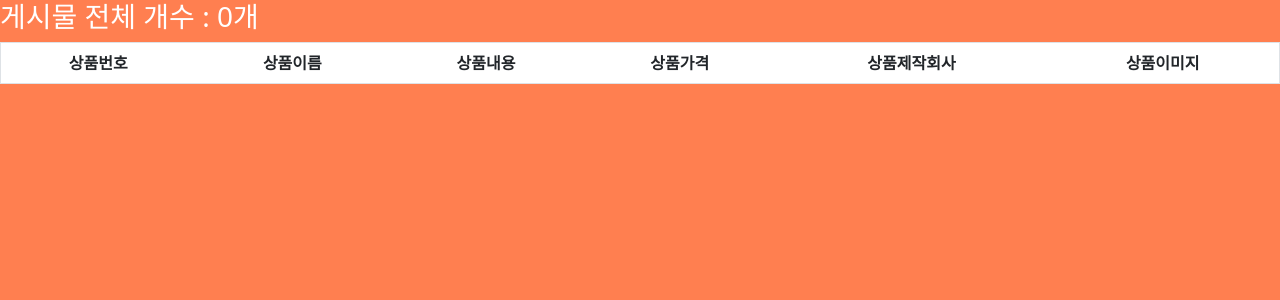
Repository: Hugh-KR/JSP_Project
Page: http://localhost/JSP_Project/product_all.jsp
These files come from the project's save history. The page is drawn as it stood at one moment and after the next save; the edit follows.
The browser window is 1280 px wide. The pictures show the whole page.
The page is served by Tomcat 9. Other server files are loaded and not shown. Queries for data that is not in the repository find no rows.

Above is the page before, as saved 2022-11-08 07:27:23.

### JSP_Project/src/main/webapp/product_all.jsp
<%@page import="db_connect.ProductVO"%>
<%@page import="java.util.ArrayList"%>
<%@page import="db_connect.ProductDAO"%>
<%@ page language="java" contentType="text/html; charset=UTF-8"
	pageEncoding="UTF-8"%>

<%
ProductDAO dao = new ProductDAO();
ArrayList<ProductVO> list = dao.list();
%>
<!DOCTYPE html>
<html>
<head>
<title>Insert title here</title>
<meta charset="UTF-8">
 <meta name="viewport" content="width=device-width, initial-scale=1">
  <link href="https://cdn.jsdelivr.net/npm/bootstrap@5.2.2/dist/css/bootstrap.min.css"
  rel="stylesheet">
  <script src="https://cdn.jsdelivr.net/npm/bootstrap@5.2.2/dist/js/bootstrap.bundle.min.js"></script>

<style type="text/css">
th{background: blue;}
body {background-color: coral;}
table{background-color: white;}
h3{color: white;}
tr{
text-align: center;
}
tr:nth-child(even){
background-color: #f2f2f2
}
</style>
</head>
<body>
	<h3>
		게시물 전체 개수 :
		<%=list.size()%>개
	</h3>

	<table class="table table-hover" border="1">
		<tr>
			<th>상품번호</th>
			<th>상품이름</th>
			<th>상품내용</th>
			<th>상품가격</th>
			<th>상품제작회사</th>
			<th>상품이미지</th>
		</tr>
		<%
		for (ProductVO bag : list) {
		%>
		<tr>
			<td><%=bag.getID()%></td>
			<td><%=bag.getNAME()%></td>
			<td><%=bag.getCONTENT()%></td>
			<td><%=bag.getPRICE()%></td>
			<td><%=bag.getCOMPANY()%></td>
			<td><img src="img/<%=bag.getIMG()%>" width ="100" height="100"></td>
		</tr>
		<%
		} //for
		%>
	</table>

</body>
</html>

### JSP_Project/src/main/java/db_connect/ProductDAO.java
package db_connect;

import java.sql.Connection;
import java.sql.DriverManager;
import java.sql.PreparedStatement;
import java.sql.ResultSet;
import java.util.ArrayList;

import javax.swing.JOptionPane;

public class ProductDAO {

	public ArrayList<ProductVO> list() {

		// vo를 넣어줄 커다란 박스역할을 할 수 부품을 사용 예정
		// 가변길이인 경우 arraylist
		// MemberVO가 많이 들어간 arraylist박스를 하나 만들어줌.
		ArrayList<ProductVO> list = new ArrayList<>();

		// 1. 드라이버 설정- 드라이버(커넥터) 로딩
		try {
			Class.forName("com.mysql.cj.jdbc.Driver");
			// 특정한 위치에 있는 드라이버 파일을 램에 읽어들여 설정
			System.out.println("1. 드라이버 설정 성공.@@@@");

			// 2. db연결 mySQL: school, oracle: xe
			String url = "jdbc:mysql://localhost:3306/mydb";
			String user = "abcd";
			String password = "12345678";
			Connection con = DriverManager.getConnection(url, user, password); // Connection
			System.out.println("2. db연결 성공.@@@@@@");

			// 3. sql문을 만든다.
			String sql = "select * from PRODUCT";
			PreparedStatement ps = con.prepareStatement(sql);

			System.out.println("3. sql문 생성 성공.@@@@@");

			// 4. sql문을 db서버에 보낸다. --> 결과가 어떻게 되었는지 자바프로그램 알려줌.
			ResultSet rs = ps.executeQuery(); // r의 결과는 table, cud는 숫자(실행된row수) //1
			// rs.next() true면 결과가 있음. false면 결과가 없음.
			// System.out.println("4. sql문 db서버로 전송 성공. @@@@@ 반영된 row수 >>" + rs.next());
			while (rs.next()) { // 결과값이 true이면!!
				System.out.println("검색결과가 있음.");
				// 있으면
				// 1. 한 행의 값들을 추출
				// 2. vo를 만들어준다.
				// 3. vo에 추출한 값들을 넣어준다.
				// 4. vo를 list에 넣어준다.
				String id = rs.getString(1); // 컬럼의 순서 1번 id값 추출
				String name = rs.getString(2);
				String content = rs.getString(3);
				int price = rs.getInt(4);
				String company = rs.getString(5);
				String img = rs.getString(6);

				// UI에서 사용자가 검색한 결과를 볼 수 있어야 한다.
				// 4개의 데이터를 UI에게 return!!해주자.
				// 1) 가방을 만들어서,
				ProductVO bag = new ProductVO();
				// 2) 데이터를 넣고,
				bag.setID(id);
				bag.setNAME(name);
				bag.setCONTENT(content);
				bag.setPRICE(price);
				bag.setCOMPANY(company);
				bag.setIMG(img);

				list.add(bag);
				// 3) return하자.(전달)
			} // while
			System.out.println("box(list)에 들어간 가방의 갯수>> " + list.size());
			// db처리와 관련된 메모리 할당된 것 해제시켜주자.
			ps.close();
			con.close();
			rs.close();
		} catch (Exception e) {
			e.printStackTrace();
		}
		// 메서드의 처리를 다 끝내고, 결과를 보내줘라는 개념. 맨 끝에 써야함.
		return list;
	} // list

	// 기능하나만 메서드 하나 구현(검색 1명 기능-row 1개)
	public int login(MemberVO bag) {
		// 전달된 값 제대로 전달되었는지 확인하는 습관이 좋음.
		System.out.println(bag);

		// 1. 드라이버 설정- 드라이버(커넥터) 로딩
		// db의 유형, 버전에 따라 매우 많음.
		// 필요할 때 다운로드 받아 써야 함.
		int result = 0; // 0인 경우, 실패라고 하자.!

		try {
			Class.forName("com.mysql.cj.jdbc.Driver");
			// 특정한 위치에 있는 드라이버 파일을 램에 읽어들여 설정
			System.out.println("1. 드라이버 설정 성공.@@@@");

			// 2. db연결 mySQL: school, oracle: xe
			String url = "jdbc:mysql://localhost:3306/mydb";
			String user = "abcd";
			String password = "12345678";
			Connection con = DriverManager.getConnection(url, user, password); // Connection
			System.out.println("2. db연결 성공.@@@@@@");

			// 3. sql문을 만든다.
			String sql = "select * from member where id = ? and pw = ?"; // 1, 2번 2개의 물음표 번호
			PreparedStatement ps = con.prepareStatement(sql);
			ps.setString(1, bag.getId()); // 1번 물음표에 id에 저장해놓은 값을 스트링으로 넣어줘!
			ps.setString(2, bag.getPw());
			System.out.println("3. sql문 생성 성공.@@@@@");

			// 4. sql문을 db서버에 보낸다. --> 결과가 어떻게 되었는지 자바프로그램 알려줌.
			ResultSet rs = ps.executeQuery(); // r의 결과는 table, cud는 숫자(실행된row수) //1
			// rs.next() true면 결과가 있음. false면 결과가 없음.
			// System.out.println("4. sql문 db서버로 전송 성공. @@@@@ 반영된 row수 >>" + rs.next());
			if (rs.next()) { // 결과값이 true이면!!
				System.out.println("검색결과가 있음.");
				result = 1;
				// 3) return하자.(전달)
			}
			// db처리와 관련된 메모리 할당된 것 해제시켜주자.
			ps.close();
			con.close();
			rs.close();
		} catch (Exception e) {
			e.printStackTrace();
		}
		// 메서드의 처리를 다 끝내고, 결과를 보내줘라는 개념. 맨 끝에 써야함.
		return result;
	} // login

	// 기능하나만 메서드 하나 구현(검색 1명 기능-row 1개)
	public MemberVO one(String id) {
		// 전달된 값 제대로 전달되었는지 확인하는 습관이 좋음.
		System.out.println(id);

		// 1. 드라이버 설정- 드라이버(커넥터) 로딩
		// db의 유형, 버전에 따라 매우 많음.
		// 필요할 때 다운로드 받아 써야 함.
		MemberVO bag = null; // 쓰레기값!!--> 변수 초기화시켜주어야함.!

		try {
			Class.forName("com.mysql.cj.jdbc.Driver");
			// 특정한 위치에 있는 드라이버 파일을 램에 읽어들여 설정
			System.out.println("1. 드라이버 설정 성공.@@@@");

			// 2. db연결 mySQL: school, oracle: xe
			String url = "jdbc:mysql://localhost:3306/mydb";
			String user = "abcd";
			String password = "12345678";
			Connection con = DriverManager.getConnection(url, user, password); // Connection
			System.out.println("2. db연결 성공.@@@@@@");

			// 3. sql문을 만든다.
			String sql = "select * from member where id = ?";
			PreparedStatement ps = con.prepareStatement(sql);
			ps.setString(1, id); // 1번 물음표에 id에 저장해놓은 값을 스트링으로 넣어줘!
			System.out.println("3. sql문 생성 성공.@@@@@");
			// String site = "http://www.naver.com";
			// Url url = new Url(site); //객체화!!

			// 4. sql문을 db서버에 보낸다. --> 결과가 어떻게 되었는지 자바프로그램 알려줌.
			ResultSet rs = ps.executeQuery(); // r의 결과는 table, cud는 숫자(실행된row수) //1
			// rs.next() true면 결과가 있음. false면 결과가 없음.
			// System.out.println("4. sql문 db서버로 전송 성공. @@@@@ 반영된 row수 >>" + rs.next());
			if (rs.next()) { // 결과값이 true이면!!
				System.out.println("검색결과가 있음.");
				String id2 = rs.getString(1); // 컬럼의 순서 1번 id값 추출
				String pw = rs.getString("pw");
				String name = rs.getString(3);
				String tel = rs.getString(4);
				System.out.println("검색한 결과>>" + id2 + " " + pw + " " + name + " " + tel);

				// UI에서 사용자가 검색한 결과를 볼 수 있어야 한다.
				// 4개의 데이터를 UI에게 return!!해주자.
				// 1) 가방을 만들어서,
				bag = new MemberVO();
				// 2) 데이터를 넣고,
				bag.setId(id2);
				bag.setPw(pw);
				bag.setName(name);
				bag.setTel(tel);

				// 3) return하자.(전달)
			}
			// db처리와 관련된 메모리 할당된 것 해제시켜주자.
			ps.close();
			con.close();
			rs.close();
		} catch (Exception e) {
			e.printStackTrace();
		}
		// 메서드의 처리를 다 끝내고, 결과를 보내줘라는 개념. 맨 끝에 써야함.
		return bag;
	} // one

	// 기능하나만 메서드 하나 구현(등록기능)
	public void insert(ProductVO bag) { // String id
		System.out.println(bag); // toString()호출, 가방에 들어있는 값들이 프린트
		// 자바에서 DBMS를 연결하려고 함.
		// JDBC 프로그래밍 절차
		// 4단계 절차
		// 1. 드라이버 설정- 드라이버(커넥터) 로딩
		// db의 유형, 버전에 따라 매우 많음.
		// 필요할 때 다운로드 받아 써야 함.
		try {
			Class.forName("com.mysql.cj.jdbc.Driver");
			// 특정한 위치에 있는 드라이버 파일을 램에 읽어들여 설정
			System.out.println("1. 드라이버 설정 성공.@@@@");

			// 2. db연결 mySQL: school, oracle: xe
			String url = "jdbc:mysql://localhost:3306/mydb";
			String user = "abcd";
			String password = "12345678";
			Connection con = DriverManager.getConnection(url, user, password); // Connection
			System.out.println("2. db연결 성공.@@@@@@");

			// 3. sql문을 만든다.
			String sql = "insert into PRODUCT values (?, ?, ?, ?, ?, ?)";
			// 준비된 문장(Preparedstatement)
			PreparedStatement ps = con.prepareStatement(sql);
			ps.setString(1, bag.getID() ); // 1번 물음표에 id에 저장해놓은 값을 스트링으로 넣어줘!
			ps.setString(2, bag.getNAME()); // 2번 물음표에 pw에 저장해놓은 값을 스트링으로 넣어줘!
			ps.setString(3, bag.getCONTENT()); // 3번 물음표에 name에 저장해놓은 값을 스트링으로 넣어줘!
			ps.setInt(4, bag.getPRICE()); // 4번 물음표에 tel에 저장해놓은 값을 스트링으로 넣어줘!
			ps.setString(5, bag.getCOMPANY()); // 4번 물음표에 tel에 저장해놓은 값을 스트링으로 넣어줘!
			ps.setString(6, bag.getIMG()); // 4번 물음표에 tel에 저장해놓은 값을 스트링으로 넣어줘!
			System.out.println("3. sql문 생성 성공.@@@@@");
			// String site = "http://www.naver.com";
			// Url url = new Url(site); //객체화!!

			// 4. sql문을 db서버에 보낸다. --> 결과가 어떻게 되었는지 자바프로그램 알려줌.
			String result2 = "실패";
			try {
				int result = ps.executeUpdate(); // r의 결과는 table, cud는 숫자(실행된row수) //1
				System.out.println("4. sql문 db서버로 전송 성공. @@@@@ 반영된 row수 >>" + result);
				if (result == 1) {
					result2 = "성공";
				}
			} catch (Exception e) {
				System.out.println("상품등록시 에러발생");
				e.printStackTrace(); //에러정보 프린트
			}
			JOptionPane.showMessageDialog(null, result2);  //컴파일 에러
			ps.close();
			con.close();
		} catch (Exception e) {
			e.printStackTrace();
		}
	} // insert

	// 기능하나만 메서드 하나 구현(탈퇴기능)
	public void delete(ProductVO bag) {
		// 자바에서 DBMS를 연결하려고 함.
		// JDBC 프로그래밍 절차
		// 4단계 절차
		// 1. 드라이버 설정- 드라이버(커넥터) 로딩
		// db의 유형, 버전에 따라 매우 많음.
		// 필요할 때 다운로드 받아 써야 함.
		try {
			Class.forName("com.mysql.cj.jdbc.Driver");
			// 특정한 위치에 있는 드라이버 파일을 램에 읽어들여 설정
			System.out.println("1. 드라이버 설정 성공.@@@@");

			// 2. db연결 mySQL: school, oracle: xe
			String url = "jdbc:mysql://localhost:3306/mydb";
			String user = "abcd";
			String password = "12345678";
			Connection con = DriverManager.getConnection(url, user, password); // Connection
			System.out.println("2. db연결 성공.@@@@@@");

			// 3. sql문을 만든다.
			String sql = "delete from PRODUCT where id = ?";
			// 준비된 문장(Preparedstatement)
			PreparedStatement ps = con.prepareStatement(sql);

			ps.setString(1, bag.getID()); // 1번 물음표에 id에 저장해놓은 값을 스트링으로 넣어줘!
			System.out.println("3. sql문 생성 성공.@@@@@");
			// String site = "http://www.naver.com";
			// Url url = new Url(site); //객체화!!

			// 4. sql문을 db서버에 보낸다. --> 결과가 어떻게 되었는지 자바프로그램 알려줌.
			int result = ps.executeUpdate(); // r의 결과는 table, cud는 숫자(실행된row수) //1
			System.out.println("4. sql문 db서버로 전송 성공. @@@@@ 반영된 row수 >>" + result);

			ps.close();
			con.close();
		} catch (Exception e) {
			e.printStackTrace();
		}

	} // delete

	public void update(ProductVO bag) {
		// 자바에서 DBMS를 연결하려고 함.
		// JDBC 프로그래밍 절차
		// 4단계 절차
		// 1. 드라이버 설정- 드라이버(커넥터) 로딩
		// db의 유형, 버전에 따라 매우 많음.
		// 필요할 때 다운로드 받아 써야 함.
		try {
			Class.forName("com.mysql.cj.jdbc.Driver");
			// 특정한 위치에 있는 드라이버 파일을 램에 읽어들여 설정
			System.out.println("1. 드라이버 설정 성공.@@@@");

			// 2. db연결 mySQL: school, oracle: xe
			String url = "jdbc:mysql://localhost:3306/mydb";
			String user = "abcd";
			String password = "12345678";
			Connection con = DriverManager.getConnection(url, user, password); // Connection
			System.out.println("2. db연결 성공.@@@@@@");

			// 3. sql문을 만든다.
			String sql = "UPDATE PRODUCT SET content=?  WHERE id=?";
			// 준비된 문장(Preparedstatement)
			PreparedStatement ps = con.prepareStatement(sql);

			ps.setString(1, bag.getCONTENT()); // 1번 물음표에 id에 저장해놓은 값을 스트링으로 넣어줘!
			ps.setString(2, bag.getID()); // 1번 물음표에 id에 저장해놓은 값을 스트링으로 넣어줘!
			System.out.println("3. sql문 생성 성공.@@@@@");
			// String site = "http://www.naver.com";
			// Url url = new Url(site); //객체화!!

			// 4. sql문을 db서버에 보낸다. --> 결과가 어떻게 되었는지 자바프로그램 알려줌.
			int result = ps.executeUpdate(); // r의 결과는 table, cud는 숫자(실행된row수) //1
			System.out.println("4. sql문 db서버로 전송 성공. @@@@@ 반영된 row수 >>" + result);

			ps.close();
			con.close();
		} catch (Exception e) {
			e.printStackTrace();
		}

	} // update

} // class

After the next save:
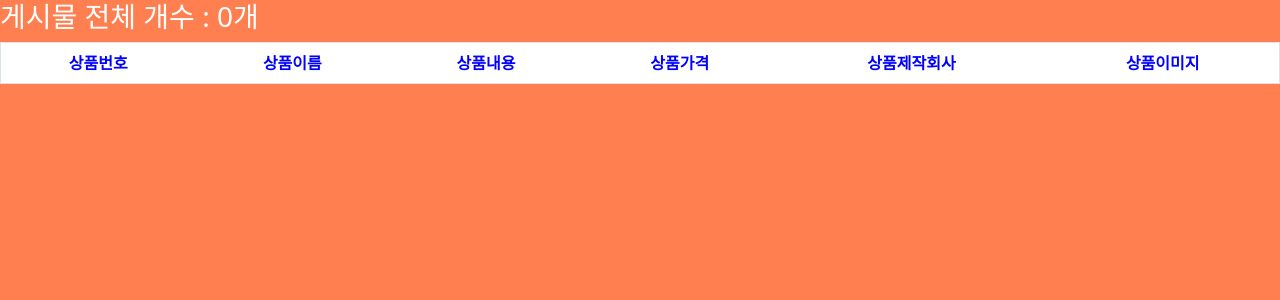
Saved 16 s later.
--- a/JSP_Project/src/main/webapp/product_all.jsp
+++ b/JSP_Project/src/main/webapp/product_all.jsp
@@ -19,7 +19,7 @@
   <script src="https://cdn.jsdelivr.net/npm/bootstrap@5.2.2/dist/js/bootstrap.bundle.min.js"></script>
 
 <style type="text/css">
-th{background: blue;}
+th{Color: blue;}
 body {background-color: coral;}
 table{background-color: white;}
 h3{color: white;}

After the save that followed:
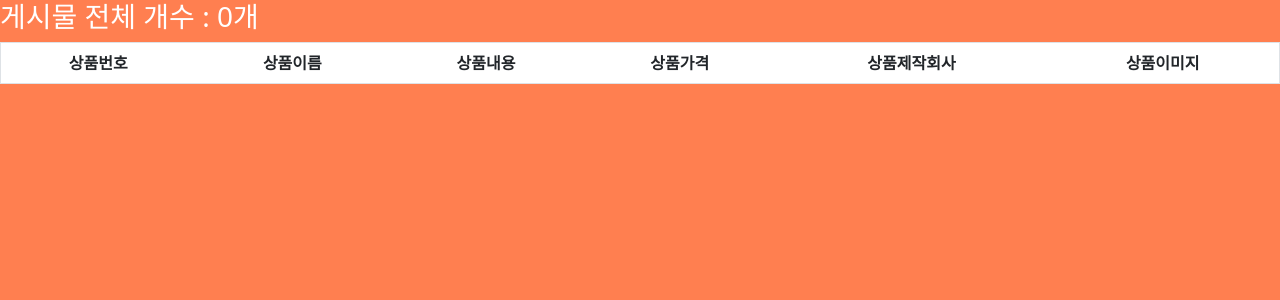
Saved 38 s later.
--- a/JSP_Project/src/main/webapp/product_all.jsp
+++ b/JSP_Project/src/main/webapp/product_all.jsp
@@ -19,7 +19,7 @@
   <script src="https://cdn.jsdelivr.net/npm/bootstrap@5.2.2/dist/js/bootstrap.bundle.min.js"></script>
 
 <style type="text/css">
-th{Color: blue;}
+th{background-color: blue;}
 body {background-color: coral;}
 table{background-color: white;}
 h3{color: white;}
